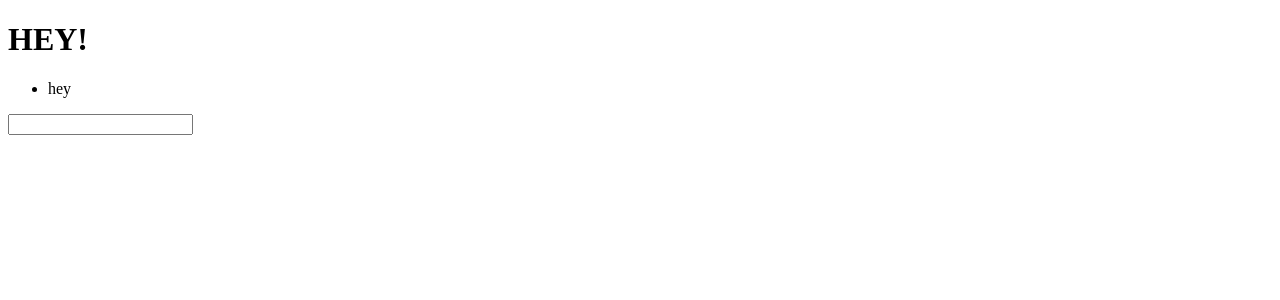
Repository: madebymt/chatbot
Page: /
The author's editor kept a copy of each file at every save. The page is drawn from the files as they stood at one save, then again after the next save.
The browser window is 1280 px wide. The pictures show the whole page.
The project was rebuilt for these pictures with package versions that can differ from the ones it lists, and the page was loaded fresh each time.

Above is the page before, as saved 2019-04-18 20:30:48.

After the next save:
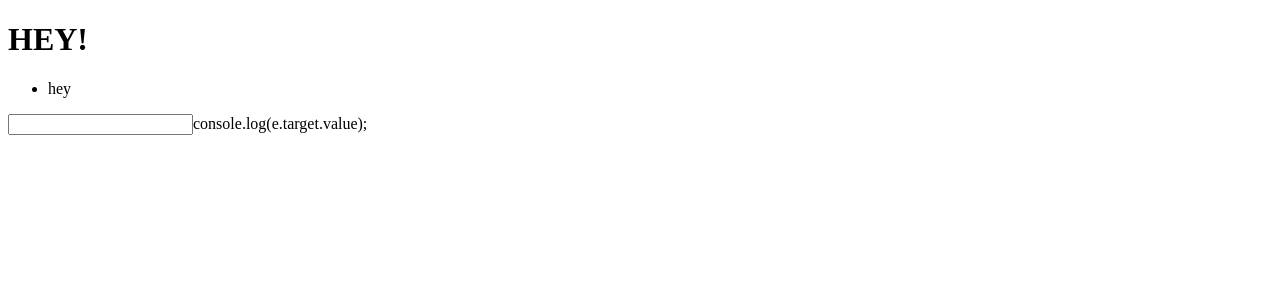
Saved 8 min 25 s later.
--- a/src/App.js
+++ b/src/App.js
@@ -19,6 +19,7 @@
           onKeyDown={(e) => e.keyCode === 13
           ? sendMessage(e.target.value)
           : null}/>
+        console.log(e.target.value);
       </div>
     )
   }

After the 3 saves that followed:
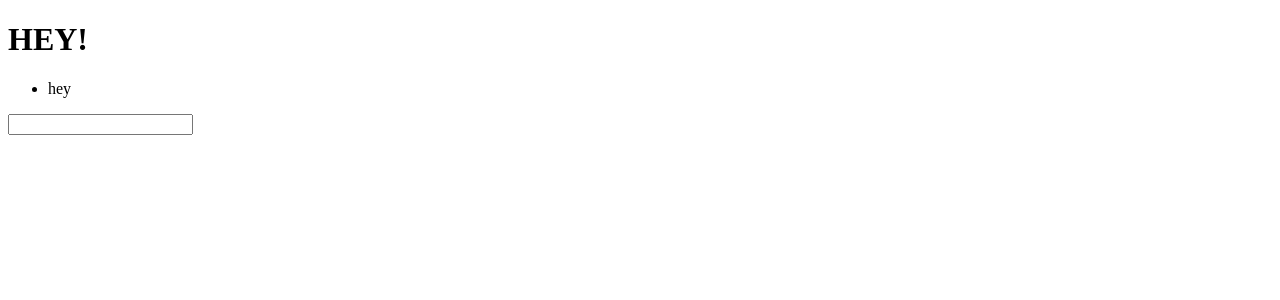
The 3 saves are shown as one change because 2 did not build or start.
The last was saved 95 s later.
--- a/src/App.js
+++ b/src/App.js
@@ -6,22 +6,16 @@
 class App extends Component {
   render() {
     const {feed} = this.props;
-    return (
-      <div className="App">
-        <h1>HEY!</h1>
-        <ul>
-          {feed.map(entry => <li>
-            {entry.text}
-          </li>)}
-        </ul>
+    return ( < div className = "App" > <h1>HEY!</h1> < ul > {
+      feed.map(entry => <li>
+        {entry.text}
+      </li>)
+    } < /ul>
         <input
           type="text"
           onKeyDown={(e) => e.keyCode === 13
           ? sendMessage(e.target.value)
-          : null}/>
-        console.log(e.target.value);
-      </div>
-    )
+          : null}/ > </div>)
   }
 }
 const mapStateToProps = state => ({feed: state})
